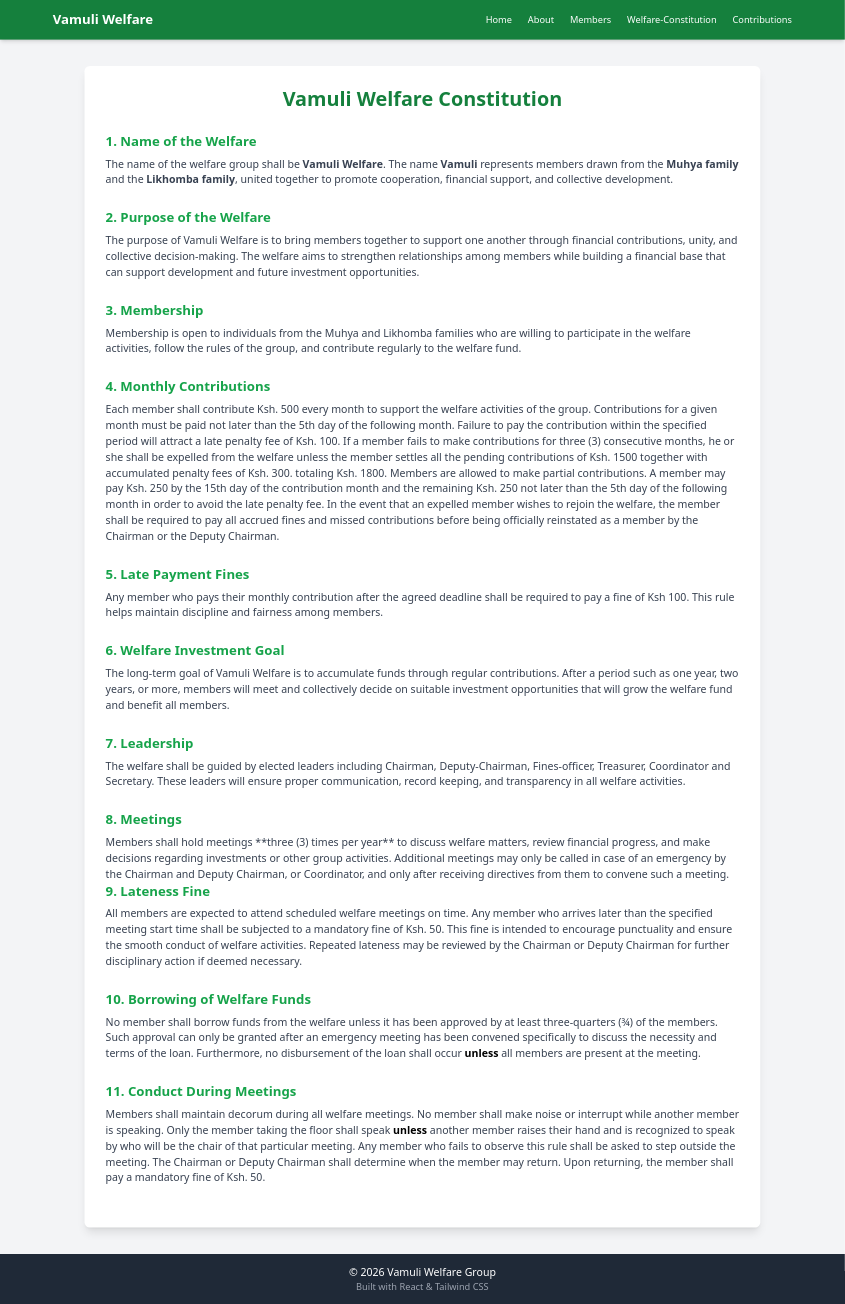
Repository: Engineer-collo/Vamuli-welfare
Page: /constitution
An editor plug-in stored every save of this project. The page is shown before and after a run of saves, followed by the edit.
The browser window is 1280 px wide. The pictures show the whole page, at 66% of full size.
The project was rebuilt for these pictures with package versions that can differ from the ones it lists, and the page was loaded fresh each time. Also part of the build but not shown: vite.config.js, src/pages/contributionsData.js, src/pages/Home.jsx, src/pages/Members.jsx, src/pages/ContributionsTable.jsx, src/pages/About.jsx.

Above is the page before, as saved 2026-03-16 16:15:17.

### index.html
<!doctype html>
<html lang="en">
  <head>
    <meta charset="UTF-8" />
    <link rel="icon" type="image/svg+xml" href="/favicon.svg" />
    <meta name="viewport" content="width=device-width, initial-scale=1.0" />
    <title>vamuli-welfare</title>
  </head>
  <body>
    <div id="root"></div>
    <script type="module" src="/src/main.jsx"></script>
  </body>
</html>

### src/App.jsx
import { BrowserRouter as Router, Routes, Route } from "react-router-dom";

import Navbar from "./components/Navbar";
import Footer from "./components/Footer";

import Home from "./pages/Home";
import Members from "./pages/Members";
import ContributionsTable from "./pages/ContributionsTable";
import WelfareConstituion from "./pages/WelfareConstituion";
import About from "./pages/About";

function App() {
  return (
    <Router>
      <div className="bg-gray-100 min-h-screen">

        <Navbar />

        <Routes>
          <Route path="/" element={<Home />} />
          <Route path="/members" element={<Members />} />
          <Route path="/contributions" element={<ContributionsTable />} />
          <Route path="/about" element={<About />} />
          <Route path="/constitution" element={<WelfareConstituion/>} />

        </Routes>

        <Footer />

      </div>
    </Router>
  );
}

export default App;

### src/components/Navbar.jsx
import { Link } from "react-router-dom";

function Navbar() {
  return (
    <nav className="bg-green-700 text-white shadow-md">
      <div className="max-w-6xl mx-auto flex justify-between items-center p-4">

        <h1 className="text-xl font-bold">
          <Link to="/">Vamuli Welfare</Link>
        </h1>

        <ul className="flex gap-6 text-sm">
          <li>
            <Link to="/" className="hover:text-gray-200">Home</Link>
          </li>

          <li>
            <Link to="/about" className="hover:text-gray-200">About</Link>
          </li>

          <li>
            <Link to="/members" className="hover:text-gray-200">Members</Link>
          </li>

          <li>
            <Link to="/constitution" className="hover:text-gray-200">Welfare-Constitution</Link>
          </li>


          <li>
            <Link to="/contributions" className="hover:text-gray-200">Contributions</Link>
          </li>



        </ul>

      </div>
    </nav>
  );
}

export default Navbar;

### src/components/Footer.jsx
import React from "react";

function Footer() {
  return (
    <footer className="bg-gray-800 text-white mt-10">
      <div className="max-w-6xl mx-auto text-center p-4">
        <p>© 2026 Vamuli Welfare Group</p>
        <p className="text-sm text-gray-400">
          Built with React & Tailwind CSS
        </p>
      </div>
    </footer>
  );
}

export default Footer;

### src/pages/WelfareConstituion.jsx
import React from "react";

function Constitution() {
  return (
    <div className="max-w-5xl mx-auto mt-10 bg-white shadow-lg rounded-lg p-8">

      <h1 className="text-3xl font-bold text-center text-green-700 mb-8">
        Vamuli Welfare Constitution
      </h1>

      {/* Introduction */}

      <section className="mb-8">
        <h2 className="text-xl font-semibold text-green-600 mb-2">
          1. Name of the Welfare
        </h2>

        <p className="text-gray-700">
          The name of the welfare group shall be <strong>Vamuli Welfare</strong>.
          The name <strong>Vamuli</strong> represents members drawn from the
          <strong> Muhya family </strong> and the <strong>Likhomba family</strong>,
          united together to promote cooperation, financial support, and
          collective development.
        </p>
      </section>

      {/* Purpose */}

      <section className="mb-8">
        <h2 className="text-xl font-semibold text-green-600 mb-2">
          2. Purpose of the Welfare
        </h2>

        <p className="text-gray-700">
          The purpose of Vamuli Welfare is to bring members together to support
          one another through financial contributions, unity, and collective
          decision-making. The welfare aims to strengthen relationships among
          members while building a financial base that can support development
          and future investment opportunities.
        </p>
      </section>

      {/* Membership */}

      <section className="mb-8">
        <h2 className="text-xl font-semibold text-green-600 mb-2">
          3. Membership
        </h2>

        <p className="text-gray-700">
          Membership is open to individuals from the Muhya and Likhomba
          families who are willing to participate in the welfare activities,
          follow the rules of the group, and contribute regularly to the
          welfare fund.
        </p>
      </section>

      {/* Contributions */}

      <section className="mb-8">
  <h2 className="text-xl font-semibold text-green-600 mb-2">
    4. Monthly Contributions
  </h2>

  <p className="text-gray-700">
    Each member shall contribute Ksh. 500 every month to support the welfare
    activities of the group. Contributions for a given month must be paid not
    later than the 5th day of the following month.

    Failure to pay the contribution within the specified period will attract a
    late penalty fee of Ksh. 100.

    If a member fails to make contributions for three (3) consecutive months,
    he or she shall be expelled from the welfare unless the member settles all
    the pending contributions of Ksh. 1500 together with accumulated penalty fees of
    Ksh. 300. totaling Ksh. 1800.

    Members are allowed to make partial contributions. A member may pay
    Ksh. 250 by the 15th day of the contribution month and the remaining
    Ksh. 250 not later than the 5th day of the following month in order to
    avoid the late penalty fee.

    In the event that an expelled member wishes to rejoin the welfare, the
    member shall be required to pay all accrued fines and missed
    contributions before being officially reinstated as a member by the
    Chairman or the Deputy Chairman.
  </p>
</section>
      {/* Fines */}

      <section className="mb-8">
        <h2 className="text-xl font-semibold text-green-600 mb-2">
          5. Late Payment Fines
        </h2>

        <p className="text-gray-700">
          Any member who pays their monthly contribution after the agreed
          deadline shall be required to pay a fine of Ksh 100. This rule helps
          maintain discipline and fairness among members.
        </p>
      </section>

      {/* Investment */}

      <section className="mb-8">
        <h2 className="text-xl font-semibold text-green-600 mb-2">
          6. Welfare Investment Goal
        </h2>

        <p className="text-gray-700">
          The long-term goal of Vamuli Welfare is to accumulate funds through
          regular contributions. After a period such as one year, two years, or
          more, members will meet and collectively decide on suitable
          investment opportunities that will grow the welfare fund and benefit
          all members.
        </p>
      </section>

      {/* Leadership */}

      <section className="mb-8">
        <h2 className="text-xl font-semibold text-green-600 mb-2">
          7. Leadership
        </h2>

        <p className="text-gray-700">
          The welfare shall be guided by elected leaders including Chairman, Deputy-Chairman, Fines-officer, Treasurer,
          Coordinator and  Secretary. These leaders will ensure proper
          communication, record keeping, and transparency in all welfare
          activities.
        </p>
      </section>

      {/* Meetings */}

      <section>

  <h2 className="text-xl font-semibold text-green-600 mb-2">

    8. Meetings
  </h2>

  <p className="text-gray-700">
    Members shall hold meetings **three (3) times per year** to discuss welfare
    matters, review financial progress, and make decisions regarding
    investments or other group activities.

    Additional meetings may only be called in case of an emergency by the
    Chairman and Deputy Chairman, or Coordinator, and only after receiving
    directives from them to convene such a meeting.
  </p>
</section>

      {/* lateness */}

      <section className="mb-8">

  <h2 className="text-xl font-semibold text-green-600 mb-2">
    9. Lateness Fine
  </h2>

  <p className="text-gray-700">
    All members are expected to attend scheduled welfare meetings on time.
    Any member who arrives later than the specified meeting start time shall
    be subjected to a mandatory fine of Ksh. 50.

    This fine is intended to encourage punctuality and ensure the smooth
    conduct of welfare activities. Repeated lateness may be reviewed by the
    Chairman or Deputy Chairman for further disciplinary action if deemed
    necessary.
  </p>
</section>

<section className="mb-8">
  <h2 className="text-xl font-semibold text-green-600 mb-2">
    10. Borrowing of Welfare Funds
  </h2>

  <p className="text-gray-700">
    No member shall borrow funds from the welfare unless it has been approved
    by at least three-quarters (¾) of the members. Such approval can only be
    granted after an emergency meeting has been convened specifically to
    discuss the necessity and terms of the loan.

    Furthermore, no disbursement of the loan shall occur <span className="font-semibold text-black">unless</span> all members
    are present at the meeting.
  </p>
</section>

<section className="mb-8">
  <h2 className="text-xl font-semibold text-green-600 mb-2">
    11. Conduct During Meetings
  </h2>

  <p className="text-gray-700">
    Members shall maintain decorum during all welfare meetings. No member
    shall make noise or interrupt while another member is speaking. Only the
    member taking the floor shall speak <span className="font-semibold text-black">unless</span> another member raises their hand and is
    recognized to speak by who will be the chair of that particular meeting.

    Any member who fails to observe this rule shall be asked to step outside
    the meeting. The Chairman or Deputy Chairman shall determine when the
    member may return. Upon returning, the member shall pay a mandatory fine
    of Ksh. 50.
  </p>
</section>
    </div>
  );
}

export default Constitution;

### tailwind.config.js
/** @type {import('tailwindcss').Config} */
module.exports = {
  content: [
    "./index.html",
    "./src/**/*.{js,jsx}"
  ],
  theme: {
    extend: {},
  },
  plugins: [],
};

Loaded but not shown: src/main.jsx (common file); src/index.css (common file)

After the next 2 saves:
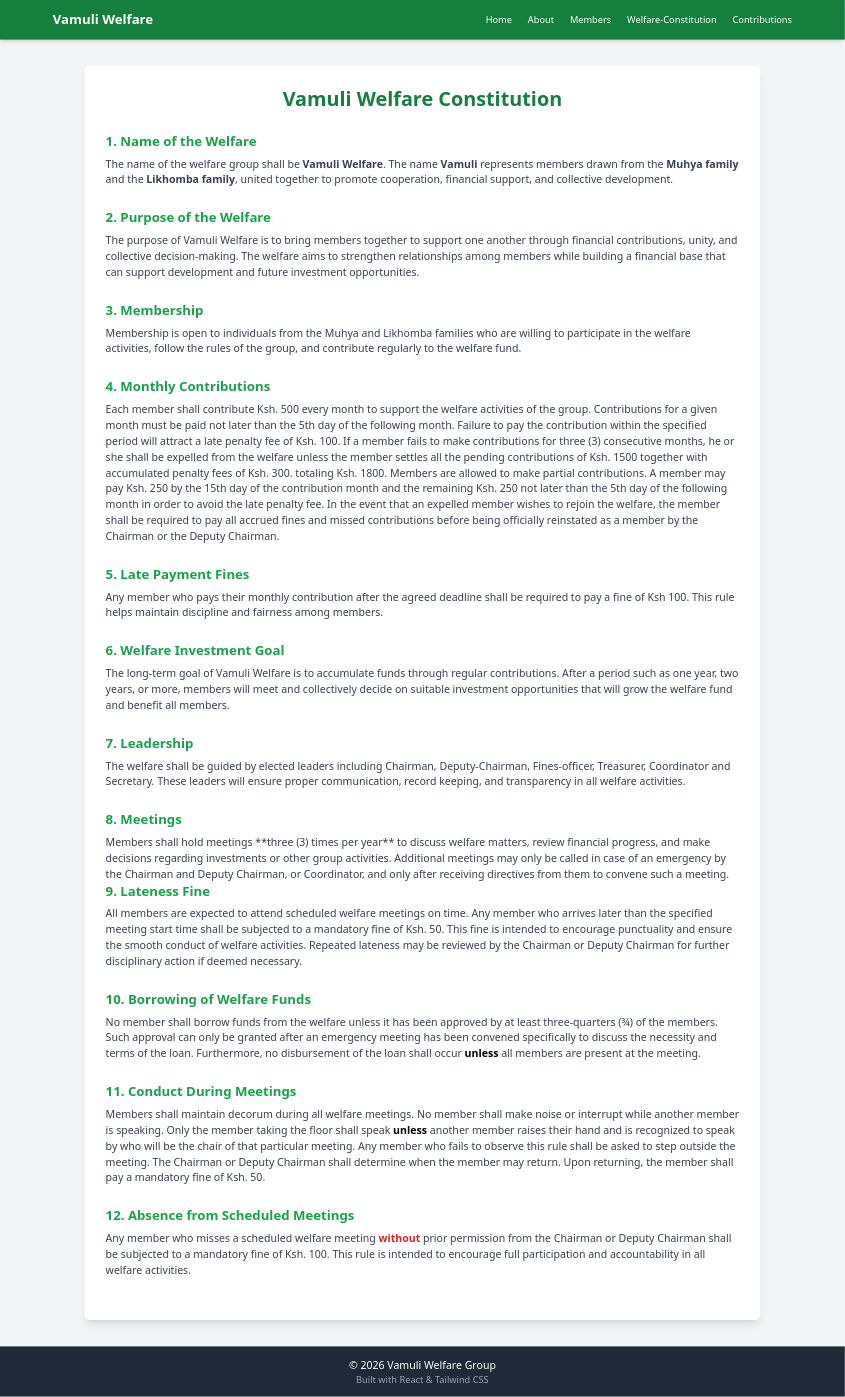
The 2 saves are shown as one change because they came seconds apart.
The last was saved 3 min 43 s later.
--- a/src/pages/WelfareConstituion.jsx
+++ b/src/pages/WelfareConstituion.jsx
@@ -204,6 +204,21 @@ function Constitution() {
     of Ksh. 50.
   </p>
 </section>
+
+<section className="mb-8">
+  <h2 className="text-xl font-semibold text-green-600 mb-2">
+    12. Absence from Scheduled Meetings
+  </h2>
+
+  <p className="text-gray-700">
+    Any member who misses a scheduled welfare meeting <span className="font-semibold text-red-600">without</span> prior permission
+    from the Chairman or Deputy Chairman shall be subjected to a mandatory
+    fine of Ksh. 100.
+
+    This rule is intended to encourage full participation and accountability
+    in all welfare activities.
+  </p>
+</section>
     </div>
   );
 }
